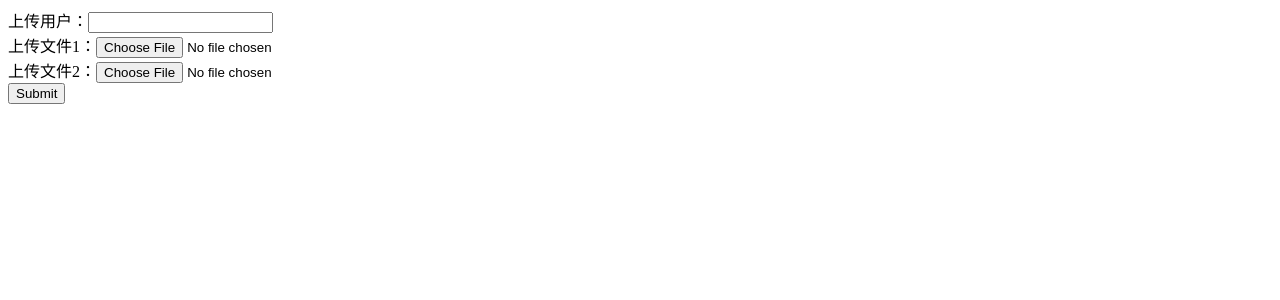
Repository: precipices/SPM
Page: http://localhost/FileTest/upload.jsp
These files come from the project's save history. The page is drawn as it stood at one moment and after the next save; the edit follows.
The browser window is 1280 px wide. The pictures show the whole page.
The page is served by Tomcat 9.

Above is the page before, as saved 2017-12-09 14:52:19.

After the next save:
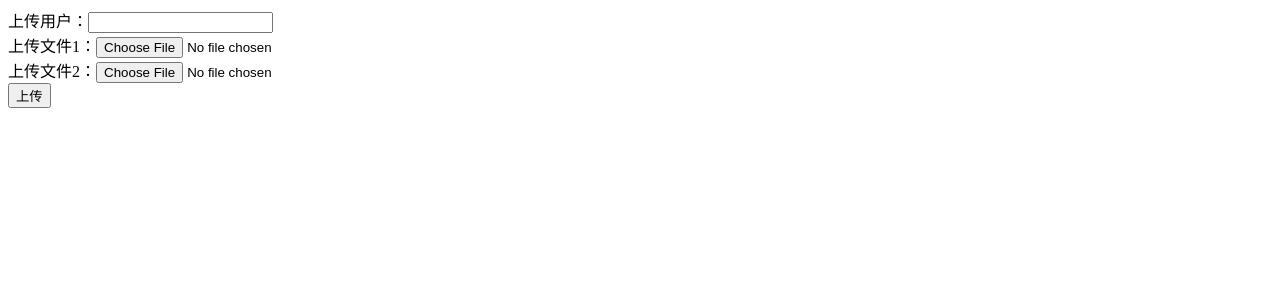
Saved 17 min 24 s later.
--- a/文件操作test/FileTest/WebContent/upload.jsp
+++ b/文件操作test/FileTest/WebContent/upload.jsp
@@ -11,7 +11,7 @@
 上传用户：<input type="text" name="username"/><br/>
 上传文件1：<input type="file" name="file1"/><br/>
 上传文件2：<input type="file" name="file2" /><br/>
-<input type="submit" name="上传"/>
+<input type="submit" value="上传"/>
 </form>
 </body>
 </html>
